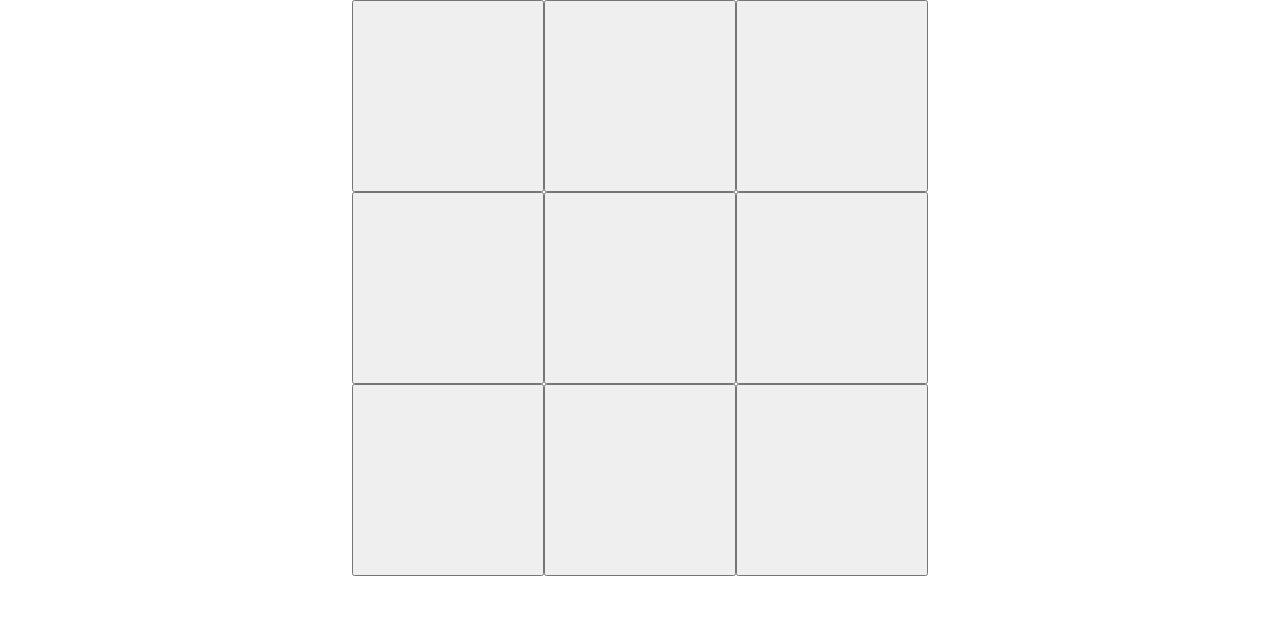
Repository: napan24/tic-tac-toe
Page: /
An editor plug-in stored every save of this project. The page is shown before and after the next save, followed by the edit.
The browser window is 1280 px wide. The pictures show the whole page.
The project was rebuilt for these pictures with package versions that can differ from the ones it lists, and the page was loaded fresh each time. Also part of the build but not shown: src/App.css.

Above is the page before, as saved 2022-06-12 22:43:48.

After the next save:
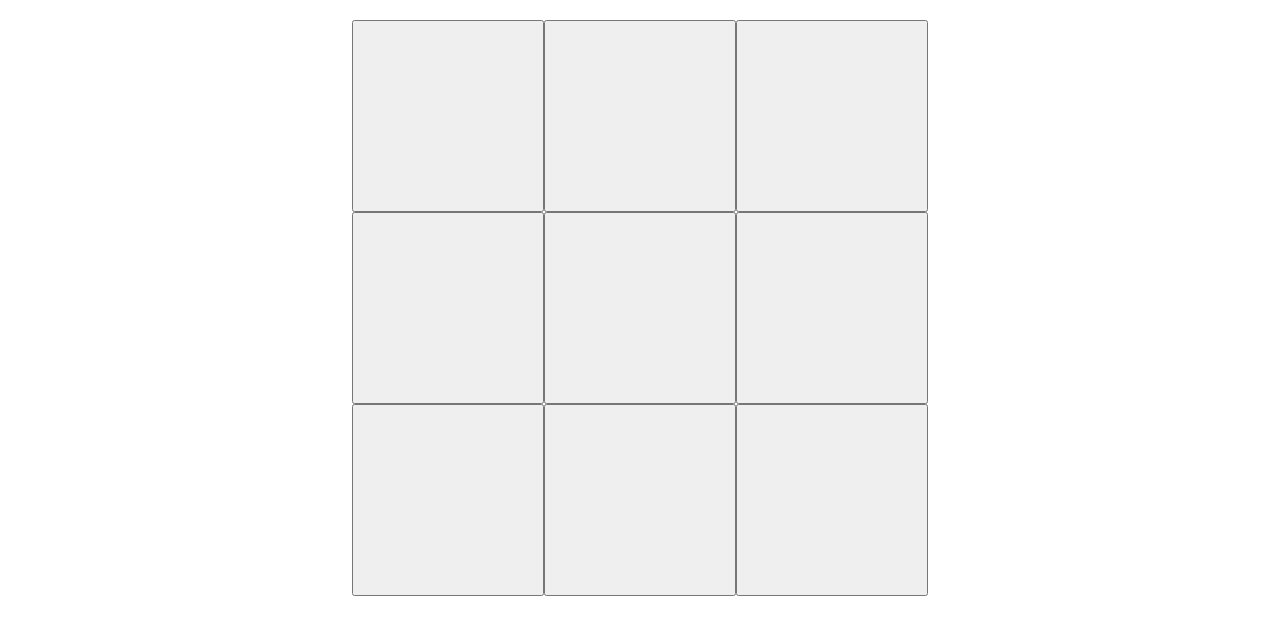
Saved 48 s later.
--- a/src/App.js
+++ b/src/App.js
@@ -25,6 +25,7 @@ function App() {
 
   return (
     <>
+    <img scr="./cross.jpeg"></img>
       <div id="row1" style={{ display: "flex", justifyContent: "center", alignContent: "center" }}>
         <button id="r1column1" onClick={handleClick} style={{ height: "15vw", width: "15vw" }}></button>
         <button id="r1column2" onClick={handleClick} style={{ height: "15vw", width: "15vw" }}></button>
